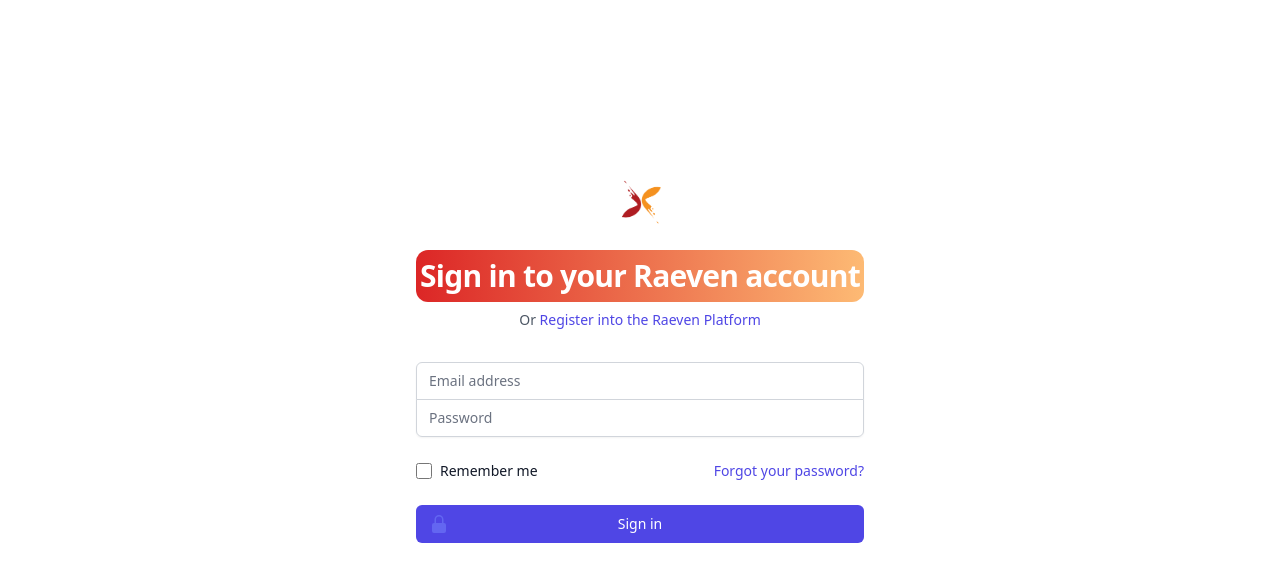
Repository: Curiosityxploring/raeven-site
Page: /login
An editor plug-in stored every save of this project. The page is shown before and after the next save, followed by the edit.
The browser window is 1280 px wide. The pictures show the whole page.
The project was rebuilt for these pictures with package versions that can differ from the ones it lists, and the page was loaded fresh each time. The framework's server and built-in components were replaced by stand-ins that run in the browser. Also part of the build but not shown: next.config.js.

Above is the page before, as saved 2023-01-12 15:24:04.

After the next save:
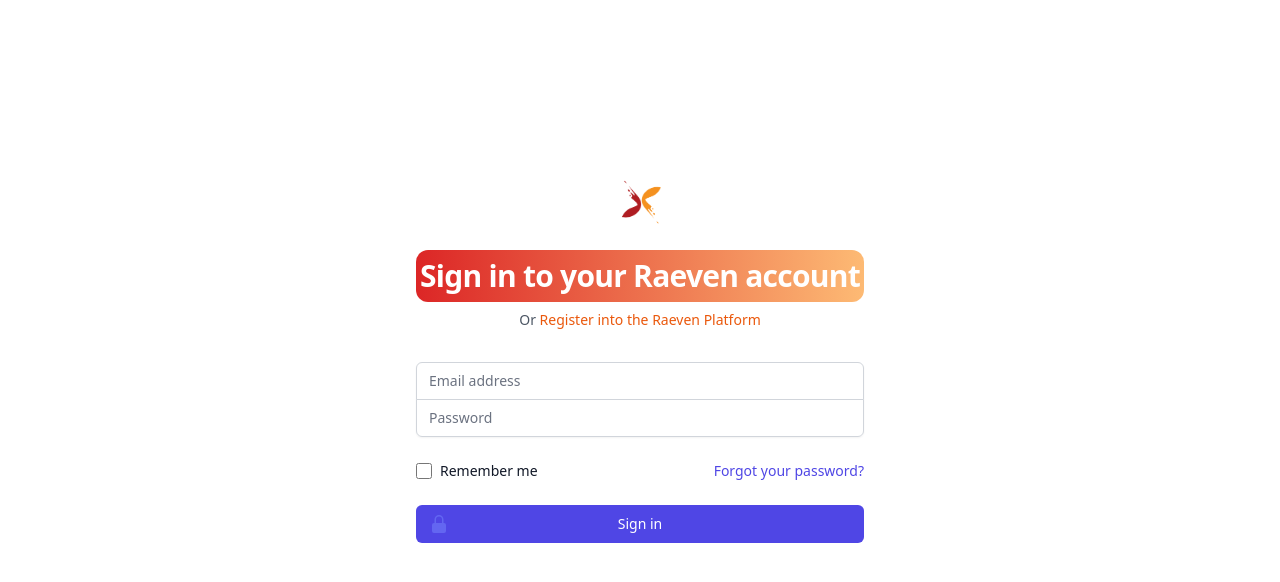
Saved 30 s later.
--- a/pages/login.jsx
+++ b/pages/login.jsx
@@ -25,7 +25,7 @@
             </h2>
             <p className="mt-2 text-center text-sm text-gray-600">
               Or{' '}
-              <a href="#" className="font-medium text-indigo-600 hover:text-indigo-500">
+              <a href="#" className="font-medium text-orange-600 hover:text-indigo-500">
                 Register into the Raeven Platform
               </a>
             </p>
